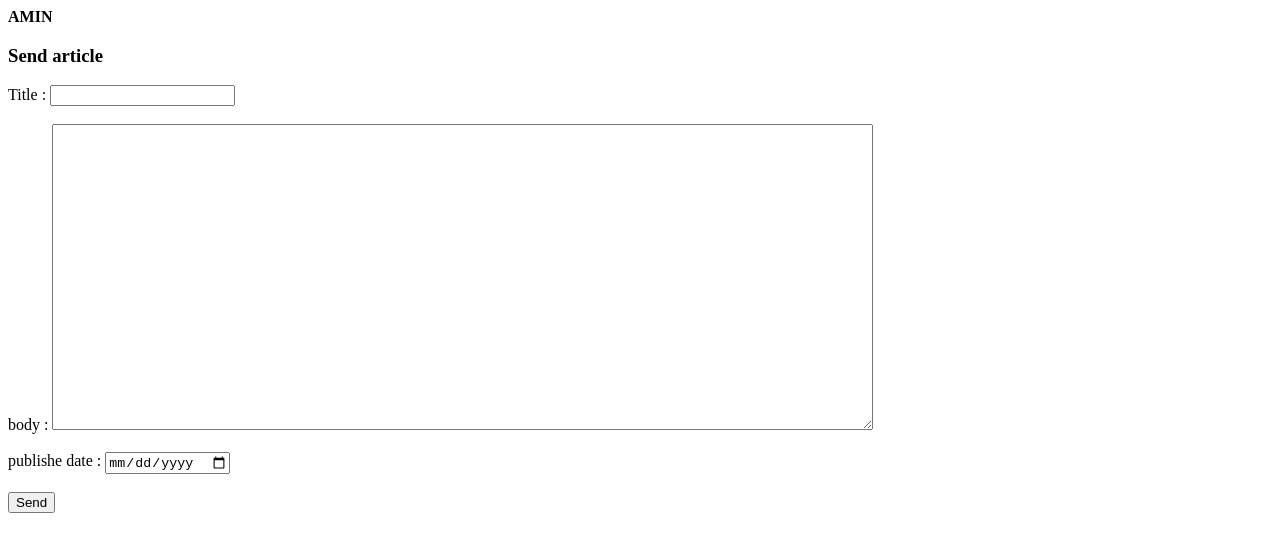
Repository: aminsheikhan/amins-github
Page: index.html
The author's editor kept a copy of each file at every save. The page is drawn from the files as they stood at one save, then again after a run of saves.
The browser window is 1280 px wide. The pictures show the whole page.

Above is the page before, as saved 2025-12-10 12:30:42.

After the next 3 saves:
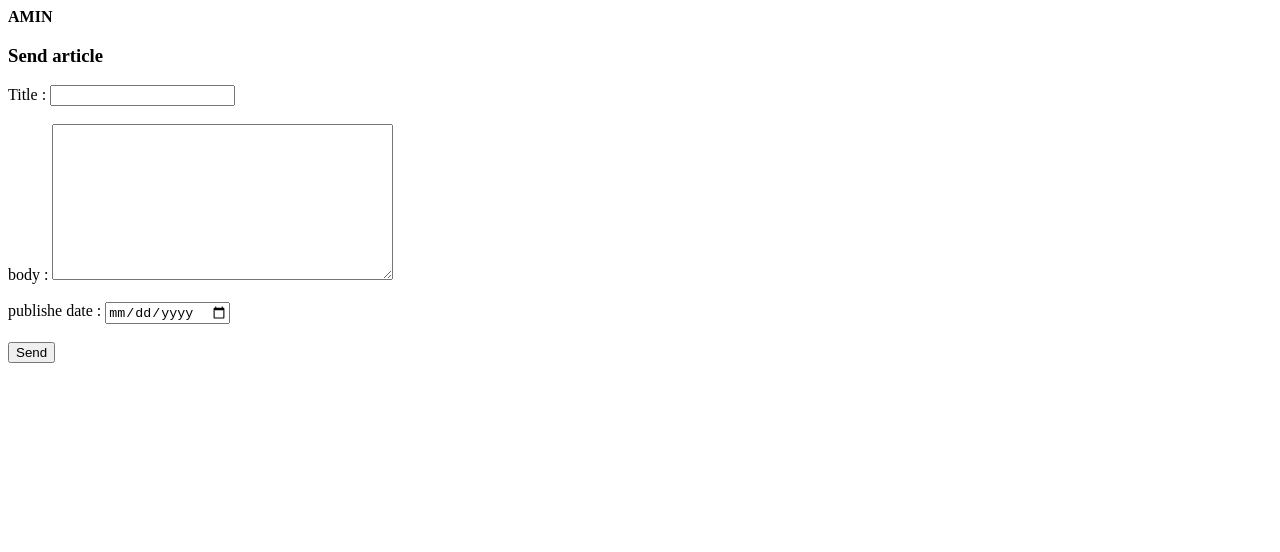
The 3 saves are shown as one change because they came seconds apart.
The last was saved 31 s later.
--- a/index.html
+++ b/index.html
@@ -67,7 +67,7 @@
             <br><br>
 
             <label>body :</label>
-            <textarea name="body" cols="100" rows="20"></textarea>
+            <textarea name="body" cols="40" rows="10"></textarea>
             <br><br>
 
             <label> publishe date :</label>
